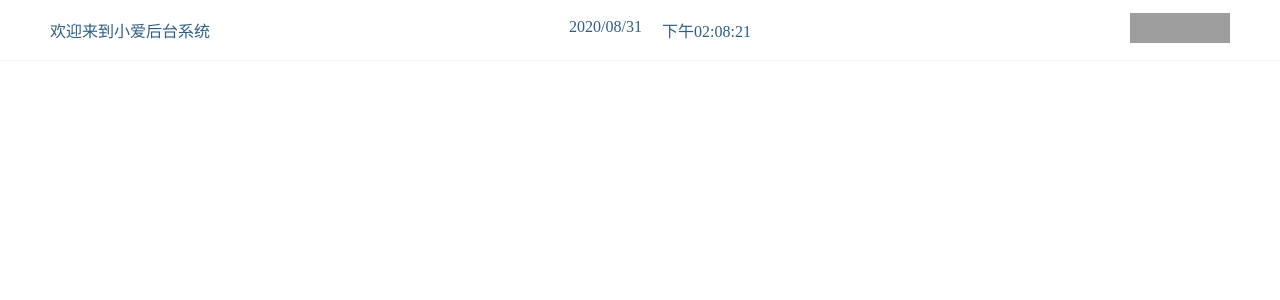
Repository: ZHANG-0714/backstage
Page: /home
An editor plug-in stored every save of this project. The page is shown before and after the next save, followed by the edit.
The browser window is 1280 px wide. The pictures show the whole page.
Pictures or frames that could not be fetched are drawn as grey boxes. The project was rebuilt for these pictures with package versions that can differ from the ones it lists, and the page was loaded fresh each time. Also part of the build but not shown: vue.config.js, src/views/Home.vue.

Above is the page before, as saved 2020-08-31 16:46:37.

### public/index.html
<!DOCTYPE html>
<html lang="en">

<head>
  <meta charset="utf-8">
  <meta http-equiv="X-UA-Compatible" content="IE=edge">
  <meta name="viewport" content="width=device-width,initial-scale=1.0">
  <link rel="icon" href="<%= BASE_URL %>favicon.ico">
  <title><%= htmlWebpackPlugin.options.title %></title>
</head>

<body>
  <noscript>
    <strong>We're sorry but <%= htmlWebpackPlugin.options.title %> doesn't work properly without JavaScript enabled.
      Please enable it to continue.</strong>
  </noscript>
  <div id="app"></div>
  <!-- built files will be auto injected -->

  <!--[if lte IE 9]>
    <div style='position:absolute; top: 50%; left:50%; margin-top: -50px;margin-left: -400px; align-items: center;justify-content: center;'>
      <div style='width: 800px; height: 100px;text-align: center'>
        <h1>
        您的浏览器版本过低 请下载最新的谷歌浏览器
      </h1>
      <div style='text-align: center;width: 800px'>
        <a href='http://rj.baidu.com/soft/detail/14744.html?ald'>下载谷歌浏览器点此链接</a>
      </div>
      </div>
    </div>
  <![endif]-->
</body>

</html>

### src/App.vue
<template>
  <div id="app">
    <router-view />
  </div>
</template>

<style lang="scss">
@import "../style/Css";
@import '../style/Situation'
</style>

### src/router/index.js
import Vue from 'vue'
import VueRouter from 'vue-router'
import Home from '../views/Home.vue'
import Public from '../views/Public.vue'

Vue.use(VueRouter)

const routes = [
  {
    path: '/home',
    redirect: '/'
  },
  {
    path: '/',
    component: Public,
    children: [
      {
        path: '',
        name: 'Home',
        component: Home,  //首页
        meta: {
          title: "首页"
        }
      },
    ]
  }
]

const router = new VueRouter({
  mode: 'history',
  base: process.env.BASE_URL,
  routes
})

export default router

### src/store/index.js
import Vue from 'vue'
import Vuex from 'vuex'
import user from './user/user'

Vue.use(Vuex)

export default new Vuex.Store({
  state: {
  },
  mutations: {
  },
  actions: {
  },
  modules: {
    user
  }
})

### style/Css.css
* {
	margin: 0;
	padding: 0;
}

.flex {
	display: flex;
}

.justify-content {
	justify-content: center;
}

.align-items {
	align-items: center;
}

.space-around {
	justify-content: space-around;
}

.space-between {
	justify-content: space-between;
}

.flex-direction {
	flex-direction: column;
}

.flex-end {
	align-items: flex-end;
}

.text-overflow {
	overflow: hidden;
	text-overflow: ellipsis;
	display: -webkit-box;
	-webkit-line-clamp: 1;
	-webkit-box-orient: vertical;
}

.opacity {
	opacity: 0.9;
}

.filter {
	filter: blur(30px);
	z-index: -1;
}

.flex-wrap {
	flex-wrap: wrap;
}

.position {
	position: fixed;
}

### style/Situation.scss
.el-card--header--img--doos {
    .el-card__header {
        border-bottom: 1px solid #535353;
    }
    .el-form-item__label{
        padding: 0;
    }
}

### src/views/Public.vue
<template>
  <!-- 公共 -->
  <div>
    <headTop></headTop>
  </div>
</template>

<script>
import headTop from "../components/public/headTop";
export default {
  name: "",
  props: {},
  components: {
    headTop,
  },
  data() {
    return {};
  },
  methods: {},
  mounted() {},
  watch: {},
  computed: {},
};
</script>

<style scoped lang='scss'>
</style>

### src/store/user/user.js
import api from '../../http/api'
import router from '../../router'
import { Message } from 'element-ui'

export default {
    // 开启命名空间 这个文件就是单独的一个vuex的模块
    namespaced: true,
    state: {
        menus: []
    },
    mutations: {
        seMenus(state, data) {
            state.menus = data
        }
    },
    actions: {
        //所有的请求都写在actions里面
        // actions 里面的方法可以传两个参数，第一个参数是整个store(vuex对象) 第二个参数是请求的参数
        async getMenus({ commit }) {
            let res = await api.getMenus()
            if (res.meta.status === 200) {
                // 提交mutation
                commit('setMenus', res.data)
            }
        },
        //登录
        async login({ commit }, { username, password }) {
            let res = await api.login({
                username,
                password
            })
            console.log(commit);
            console.log(res);
            if (res.meta.status === 200) {
                // 存储信息
                localStorage.setItem('adminToken', res.data.toke)
                localStorage.setItem('adminUser', JSON.stringify(res.data))
                // 跳转路由
                router.push('/')
                // 提示用户
                Message.success('登录成功')
            }
        }
    },
}

### src/components/public/headTop.vue
<template>
  <!-- 头部组件 -->
  <div class="top flex align-items space-between">
    <div class="name">欢迎来到小爱后台系统</div>
    <!-- 时间 -->
    <div class="flex">
      <div class="time">{{time}}</div>
      <div class="time">{{hi}}{{date}}</div>
    </div>
    <!-- 天气 -->
    <div>
      <iframe
        scrolling="no"
        src="https://tianqiapi.com/api.php?style=tz&skin=pitaya"
        frameborder="0"
        height="30"
        allowtransparency="true"
      ></iframe>
    </div>
  </div>
</template>

<script>
import dayjs from "dayjs";
export default {
  name: "",
  props: {},
  components: {},
  data() {
    return {
      time: "", //获取当前登录时间
      date: "",
      hi: {},
    };
  },
  methods: {},
  mounted() {
    //  获取当前登录时间
    this.time = dayjs().format("YYYY/MM/DD");
    console.log(this.time);

    let _this = this; // 声明一个变量指向Vue实例this，保证作用域一致
    this.timer = setInterval(() => {
      _this.date = dayjs().format("hh:mm:ss"); // 修改数据date
    }, 1000);

    //   判断时间段
    let hi = dayjs().format("HH");
    if (hi > 6 && hi <= 13) {
      this.hi = "早上";
    } else if (hi > 11 && hi <= 13) {
      this.hi = "中午";
    } else if (hi > 13 && hi <= 18) {
      this.hi = "下午";
    } else if (hi > 18 && hi <= 23) {
      this.hi = "晚上";
    } else {
      this.hi = "该睡觉了";
    }
  },
  watch: {},
  computed: {},
};
</script>

<style scoped lang='scss'>
.top {
  height: 60px;
  padding: 0 50px;
  border-bottom: 1px solid #f0f2f5;
  color: #2e5e85;
}
.time {
  margin-right: 20px;
}
iframe{
    width: 100px;
}
</style>

### src/http/api.js
import service from './index'

export default {
    login({ username, password }) {
        return service.post('/login', {
            username,
            password
        })
    }
}

### src/http/index.js
import axios from 'axios'
import nprogress from 'nprogress'
import { Message } from 'element-ui'

//运行环境：本地环境:devlpment 和线上（生产）环境：production
const ispro = process.env.NODE_ENV === 'production'

//创建一个axios的实例
const service = axios.create({
    //基础路径:需要根据当前的运行环境来判断
    baseURL: ispro ? '线上接口路径' : '/api',
    //超时时间
    timeout: 100000
})

// 请求拦截：每一次发请求都会做的事
service.interceptors.request.use((config) => {
    nprogress.start()
    //前后端鉴权
    //jwt：JSON WEB TOKEN
    //登录成功后 后端会返回一个令牌
    let token = localStorage.getItem('abminToken')
    if (token) {
        config.headers['Authorization'] = token
    }
    return config
}, err => {
    nprogress.done()
    return Promise.reject(err)
})

//响应拦截：每一次接口返回数据的时候都会做的事
service.interceptors.response.use((res) => {
    nprogress.done()
    return res.data
}, err => {
    if (err.response && err.response.status) {
        // 错误请求的状态码
        let status = err.response.status
        if (status === 400) {
            Message.error('参数错误')
        }
        if (status === 401) {
            Message.error('登录过期，请重新登录')
        }
        if (status === 403) {
            Message.error('没有权限')
        }
        if (status === 404) {
            Message.error('接口路径错误')
        }
        if (status === 500) {
            Message.error('服务器出错')
        }
        if (status === 503) {
            Message.error('服务器在维护')
        }
    }
    return Promise.reject(err)
}
)

export default service

Loaded but not shown: src/main.js (common file)

After the next save:
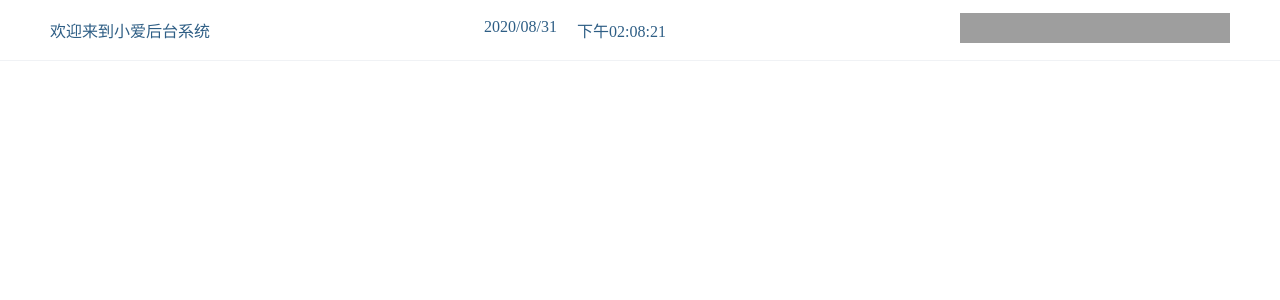
Saved 72 s later.
--- a/src/components/public/headTop.vue
+++ b/src/components/public/headTop.vue
@@ -74,6 +74,6 @@ export default {
   margin-right: 20px;
 }
 iframe{
-    width: 100px;
+    width: 270px;
 }
 </style>
